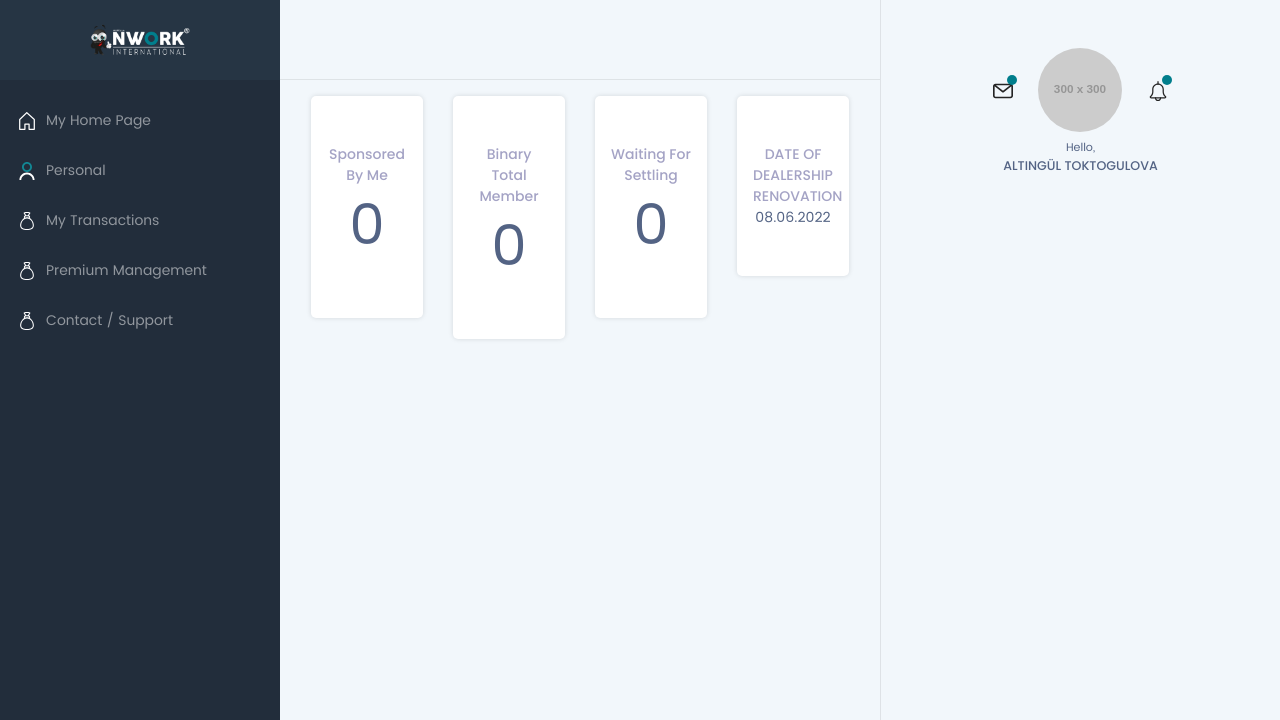
Repository: KayahanKahriman/nwork-admin
Page: index.html
The author's editor kept a copy of each file at every save. The page is drawn from the files as they stood at one save, then again after the next save.
The browser window is 1280 px wide. The pictures show the whole page.
Some web fonts or font styles are not loaded; a fallback is used. The style sheet was rebuilt from its Sass, Less or Tailwind sources for each picture, by a compiler version that may differ from the author's.

Above is the page before, as saved 2021-06-09 17:22:19.

### index.html
<!doctype html>
<html>

<head>
    <meta name="viewport" content="width=device-width, initial-scale=1, maximum-scale=1, user-scalable=no">
    <meta charset="utf-8" />
    <title>Başlık</title>
    <link rel="preconnect" href="https://fonts.gstatic.com">
    <link href="https://fonts.googleapis.com/css2?family=Poppins:wght@300;400;600;800&display=swap" rel="stylesheet">
    <link href="assets/css/style.css" type="text/css" rel="stylesheet" />
</head>

<body>
    <header class="d-flex align-items-center">
        <div id="header-left" class="text-center p-3 d-flex align-items-center justify-content-center">
            <a href="#">
                <img width="100" src="./assets/images/logo-white.png" alt="">
            </a>
        </div>
        <div id="header-right" class="p-3 d-flex align-items-center justify-content-end">

        </div>
    </header>
    <aside>
        <div id="accordion-menu">
            <div class="accordion-item mb-4">
                <div class="accordion-title">
                    <svg class="accordion-icon" viewBox="0 0 512 512">
                        <path d="M475.425,200.225L262.092,4.669c-6.951-6.359-17.641-6.204-24.397,0.35L36.213,200.574 c-3.449,3.348-5.399,7.953-5.399,12.758v280.889c0,9.819,7.958,17.778,17.778,17.778h148.148c9.819,0,17.778-7.959,17.778-17.778    v-130.37h82.963v130.37c0,9.819,7.958,17.778,17.778,17.778h148.148c9.819,0,17.778-7.953,17.778-17.778V213.333    C481.185,208.349,479.099,203.597,475.425,200.225z M445.629,476.444H333.037v-130.37c0-9.819-7.959-17.778-17.778-17.778H196.741    c-9.819,0-17.778,7.959-17.778,17.778v130.37H66.37V220.853L250.424,42.216l195.206,178.939V476.444z" style="fill: rgb(255, 255, 255);"></path>
                    </svg>
                    <a href="#">My Home Page</a>
                </div>
            </div>
            <div class="accordion-item mb-4">
                <div class="accordion-title">
                    <svg class="accordion-icon" viewBox="0 0 19.738 19.738">
                        <path fill="#ffffff" d="M18.18,19.738h-2c0-3.374-2.83-6.118-6.311-6.118s-6.31,2.745-6.31,6.118h-2   c0-4.478,3.729-8.118,8.311-8.118C14.451,11.62,18.18,15.26,18.18,19.738z"></path>
                        <path fill="#128794" d="M9.87,10.97c-3.023,0-5.484-2.462-5.484-5.485C4.385,2.461,6.846,0,9.87,0   c3.025,0,5.486,2.46,5.486,5.485S12.895,10.97,9.87,10.97z M9.87,2C7.948,2,6.385,3.563,6.385,5.485S7.948,8.97,9.87,8.97   c1.923,0,3.486-1.563,3.486-3.485S11.791,2,9.87,2z"></path>
                    </svg>
                    Personal
                </div>
                <ul class="accordion-ul list-unstyled mb-0">
                    <li><a href="#">Info Update and Acquittal Form</a></li>
                    <li><a href="#">My Current Movements</a></li>
                    <li><a href="#">My Bank Info</a></li>
                    <li><a href="#">Membership Info</a></li>
                    <li><a href="#">Change Password</a></li>
                </ul>
            </div>
            <div class="accordion-item mb-4">
                <div class="accordion-title">
                    <svg class="accordion-icon" viewBox="0 0 512 512">
                        <path d="M394.919,225.259c-17.828-21.933-38.208-39.407-60.58-51.973c3.664-4.335,6.555-9.418,8.422-15.083    c7.326-22.309-3.375-48.809-30.688-57.442l38.289-66.765c4.831-8.426,0.491-19.158-8.824-21.866C313.854,4.081,285.076,0,256,0    s-57.854,4.081-85.538,12.13c-9.326,2.711-13.649,13.45-8.824,21.866l38.289,66.766c-27.205,8.589-38.041,35.05-30.684,57.453    c1.861,5.65,4.751,10.73,8.426,15.067c-22.375,12.566-42.757,30.042-60.587,51.977C81.441,269.106,61,324.413,61,377    c0,109.091,87.047,135,195,135c108.029,0,195-25.953,195-135C451,324.413,430.559,269.106,394.919,225.259z M197.496,36.218    C216.633,32.087,236.238,30,256,30c19.762,0,39.367,2.087,58.504,6.218L281.471,93.82c-16.919-2.362-34.018-2.361-50.941,0.001    L197.496,36.218z M207.296,129.896c25.815-8.468,52.823-10.073,79.08-4.824c0.031,0.006,0.063,0.012,0.094,0.018    c6.12,1.228,12.199,2.826,18.213,4.799c7.861,2.591,12.157,11.094,9.58,18.941c-1.873,5.683-6.818,9.597-12.635,10.231    C286.672,154.378,271.417,152,256,152c-15.386,0-30.611,2.368-45.538,7.032c-5.907-0.608-10.864-4.55-12.721-10.188    C195.16,140.983,199.456,132.479,207.296,129.896z M256,482.2c-117.196,0-165-30.62-165-105.2    c0-45.142,18.453-94.793,49.36-132.818C172.955,204.083,214.023,182,256,182c46.206,0,86.621,26.482,115.64,62.182    C402.547,282.207,421,331.858,421,377C421,451.58,373.196,482.2,256,482.2z" style="fill: rgb(255, 255, 255);"></path>
                    </svg>
                    My Transactions
                </div>
                <ul class="accordion-ul list-unstyled mb-0">
                    <li><a href="#">My Cart</a></li>
                    <li><a href="#">Orders</a></li>
                    <li><a href="#">Invoices</a></li>
                    <li><a href="#">Credit Card Capture</a></li>
                    <li><a href="#">Payment Notification</a></li>
                </ul>
            </div>
            <div class="accordion-item mb-4">
                <div class="accordion-title">
                    <svg class="accordion-icon" viewBox="0 0 512 512">
                        <path d="M394.919,225.259c-17.828-21.933-38.208-39.407-60.58-51.973c3.664-4.335,6.555-9.418,8.422-15.083    c7.326-22.309-3.375-48.809-30.688-57.442l38.289-66.765c4.831-8.426,0.491-19.158-8.824-21.866C313.854,4.081,285.076,0,256,0    s-57.854,4.081-85.538,12.13c-9.326,2.711-13.649,13.45-8.824,21.866l38.289,66.766c-27.205,8.589-38.041,35.05-30.684,57.453    c1.861,5.65,4.751,10.73,8.426,15.067c-22.375,12.566-42.757,30.042-60.587,51.977C81.441,269.106,61,324.413,61,377    c0,109.091,87.047,135,195,135c108.029,0,195-25.953,195-135C451,324.413,430.559,269.106,394.919,225.259z M197.496,36.218    C216.633,32.087,236.238,30,256,30c19.762,0,39.367,2.087,58.504,6.218L281.471,93.82c-16.919-2.362-34.018-2.361-50.941,0.001    L197.496,36.218z M207.296,129.896c25.815-8.468,52.823-10.073,79.08-4.824c0.031,0.006,0.063,0.012,0.094,0.018    c6.12,1.228,12.199,2.826,18.213,4.799c7.861,2.591,12.157,11.094,9.58,18.941c-1.873,5.683-6.818,9.597-12.635,10.231    C286.672,154.378,271.417,152,256,152c-15.386,0-30.611,2.368-45.538,7.032c-5.907-0.608-10.864-4.55-12.721-10.188    C195.16,140.983,199.456,132.479,207.296,129.896z M256,482.2c-117.196,0-165-30.62-165-105.2    c0-45.142,18.453-94.793,49.36-132.818C172.955,204.083,214.023,182,256,182c46.206,0,86.621,26.482,115.64,62.182    C402.547,282.207,421,331.858,421,377C421,451.58,373.196,482.2,256,482.2z" style="fill: rgb(255, 255, 255);"></path>
                    </svg>
                    Premium Management
                </div>
                <ul class="accordion-ul list-unstyled mb-0">
                    <li><a href="#">My Orders</a></li>
                    <li><a href="#">My Premiums</a></li>
                    <li><a href="#">My Clients</a></li>
                    <li><a href="#">Binary Tree</a></li>
                    <li><a href="#">Reference Tree</a></li>
                    <li><a href="#">Binary Turnover Movements</a></li>
                    <li><a href="#">Premium Reference</a></li>
                </ul>
            </div>
            <div class="accordion-item mb-4">
                <div class="accordion-title">
                    <svg class="accordion-icon" viewBox="0 0 512 512">
                        <path d="M394.919,225.259c-17.828-21.933-38.208-39.407-60.58-51.973c3.664-4.335,6.555-9.418,8.422-15.083    c7.326-22.309-3.375-48.809-30.688-57.442l38.289-66.765c4.831-8.426,0.491-19.158-8.824-21.866C313.854,4.081,285.076,0,256,0    s-57.854,4.081-85.538,12.13c-9.326,2.711-13.649,13.45-8.824,21.866l38.289,66.766c-27.205,8.589-38.041,35.05-30.684,57.453    c1.861,5.65,4.751,10.73,8.426,15.067c-22.375,12.566-42.757,30.042-60.587,51.977C81.441,269.106,61,324.413,61,377    c0,109.091,87.047,135,195,135c108.029,0,195-25.953,195-135C451,324.413,430.559,269.106,394.919,225.259z M197.496,36.218    C216.633,32.087,236.238,30,256,30c19.762,0,39.367,2.087,58.504,6.218L281.471,93.82c-16.919-2.362-34.018-2.361-50.941,0.001    L197.496,36.218z M207.296,129.896c25.815-8.468,52.823-10.073,79.08-4.824c0.031,0.006,0.063,0.012,0.094,0.018    c6.12,1.228,12.199,2.826,18.213,4.799c7.861,2.591,12.157,11.094,9.58,18.941c-1.873,5.683-6.818,9.597-12.635,10.231    C286.672,154.378,271.417,152,256,152c-15.386,0-30.611,2.368-45.538,7.032c-5.907-0.608-10.864-4.55-12.721-10.188    C195.16,140.983,199.456,132.479,207.296,129.896z M256,482.2c-117.196,0-165-30.62-165-105.2    c0-45.142,18.453-94.793,49.36-132.818C172.955,204.083,214.023,182,256,182c46.206,0,86.621,26.482,115.64,62.182    C402.547,282.207,421,331.858,421,377C421,451.58,373.196,482.2,256,482.2z" style="fill: rgb(255, 255, 255);"></path>
                    </svg>
                    Contact / Support
                </div>
                <ul class="accordion-ul list-unstyled mb-0">
                    <li><a href="#">Documents</a></li>
                </ul>
            </div>
        </div>
    </aside>
    <main class="p-3">
        <div class="container-fluid">
            <div class="row">
                <div class="col-3">
                    <div class="white-box shadow-box py-5 px-3 text-center">
                        <strong class="box-title">Sponsored By Me</strong>
                        <div class="jumbo-text">0</div>
                    </div>
                </div>
                <div class="col-3">
                    <div class="white-box shadow-box py-5 px-3 text-center">
                        <strong class="box-title">binary total member</strong>
                        <div class="jumbo-text">0</div>
                    </div>
                </div>
                <div class="col-3">
                    <div class="white-box shadow-box py-5 px-3 text-center">
                        <strong class="box-title">Waiting for settling</strong>
                        <div class="jumbo-text">0</div>
                    </div>
                </div>
                <div class="col-3">
                    <div class="white-box shadow-box py-5 px-3 text-center">
                        <strong class="box-title">DATE OF DEALERSHIP RENOVATION</strong>
                        <div class="normal-text">08.06.2022</div>
                    </div>
                </div>
            </div>
        </div>
    </main>
    <section id="user-aside" class="text-center py-5">

        <div class="d-flex align-items-center justify-content-around w-50 m-auto">
            <div id="notification" class="has-notification">
                <a href="#">
                    <svg fill="#242424" width="20" height="20" viewBox="0 0 184 184">
                        <path d="M160.746,24.61H23.254C10.432,24.61,0,35.042,0,47.864v88.271c0,12.822,10.432,23.254,23.254,23.254   h137.492c12.822,0,23.254-10.432,23.254-23.254V47.864C184,35.042,173.568,24.61,160.746,24.61z M157.113,39.61L92,89.909   L26.887,39.61H157.113z M160.746,144.39H23.254c-4.551,0-8.254-3.703-8.254-8.254V49.382l72.415,55.94   c1.35,1.043,2.968,1.564,4.585,1.564s3.235-0.521,4.585-1.564L169,49.382v86.753C169,140.687,165.297,144.39,160.746,144.39z"></path>
                    </svg>
                    <i></i>
                </a>
            </div>

            <div id="user-image">
                <img class="img-cover" src="//via.placeholder.com/300x300" alt="">
            </div>

            <div id="notification" class="has-notification">
                <a href="#">
                    <svg fill="#242424" width="20" height="20" viewBox="-43 0 512 512">
                        <path d="m213.332031 512c-44.117187 0-80-35.882812-80-80 0-8.832031 7.167969-16 16-16s16 7.167969 16 16c0 26.476562 21.527344 48 48 48 26.476563 0 48-21.523438 48-48 0-8.832031 7.167969-16 16-16s16 7.167969 16 16c0 44.117188-35.882812 80-80 80zm0 0"></path>
                        <path d="m389.332031 448h-352c-20.585937 0-37.332031-16.746094-37.332031-37.332031 0-10.925781 4.757812-21.269531 13.054688-28.375 32.449218-27.414063 50.945312-67.261719 50.945312-109.480469v-59.480469c0-82.34375 66.988281-149.332031 149.332031-149.332031 82.347657 0 149.335938 66.988281 149.335938 149.332031v59.480469c0 42.21875 18.496093 82.066406 50.730469 109.332031 8.511718 7.253907 13.269531 17.597657 13.269531 28.523438 0 20.585937-16.746094 37.332031-37.335938 37.332031zm-176-352c-64.703125 0-117.332031 52.628906-117.332031 117.332031v59.480469c0 51.644531-22.632812 100.414062-62.078125 133.757812-.75.640626-1.921875 1.964844-1.921875 4.097657 0 2.898437 2.433594 5.332031 5.332031 5.332031h352c2.902344 0 5.335938-2.433594 5.335938-5.332031 0-2.132813-1.175781-3.457031-1.878907-4.054688-39.488281-33.386719-62.121093-82.15625-62.121093-133.800781v-59.480469c0-64.703125-52.628907-117.332031-117.335938-117.332031zm0 0"></path>
                        <path d="m213.332031 96c-8.832031 0-16-7.167969-16-16v-64c0-8.832031 7.167969-16 16-16s16 7.167969 16 16v64c0 8.832031-7.167969 16-16 16zm0 0"></path>
                    </svg>
                    <i></i>
                </a>
            </div>
        </div>

        <div id="user" class="mt-2">
            <span>Hello,</span>
            <p class="mb-0">altıngül toktogulova</p>
        </div>

    </section>
    <script type="text/javascript" src="assets/js/index.js"></script>
    <script type="text/javascript" src="assets/js/accordion.js"></script>
</body>

</html>

### assets/scss/style.scss
@import "main";

main {
  margin-left: var(--aside-width);
  width: var(--main-width);
}

.white-box {
  background: white;
  border-radius: 5px;
  position: relative;
  height: 1005;
}

.shadow-box {
  box-shadow: 0 0 5px #00000020;
}

.box-title {
  color: var(--box-title-color);
  text-transform: capitalize;
}

.jumbo-text {
  font-size: 4em;
}

/*------------------------------------*\
    RESPONSIVE
\*------------------------------------*/

@media only screen and (min-width: 320px) {
}

@media only screen and (min-width: 480px) {
}

@media only screen and (min-width: 768px) {
}

@media only screen and (min-width: 1024px) {
}

@media only screen and (min-width: 1140px) {
}

@media only screen and (min-width: 1280px) {
}

@media only screen and (-webkit-min-device-pixel-ratio: 1.5),
  only screen and (min-resolution: 144dpi) {
}

### assets/scss/flex-grid/_flexgrid.scss
@import "functions";
@import "variables";
@import "mixins";
@import "reboot";
@import "utilities";
@import "grid";

### assets/scss/flex-grid/_mixins.scss
// Toggles
//
// Used in conjunction with global variables to enable certain theme features.

// Vendor
@import "vendor/rfs";


// Utilities
@import "mixins/breakpoints";
@import "mixins/image";
@import "mixins/hover";
@import "mixins/deprecate";
@import "mixins/text-hide";
@import "mixins/text-truncate";
@import "mixins/text-emphasis";
@import "mixins/size";


// // Layout
@import "mixins/clearfix";
@import "mixins/grid-framework";
@import "mixins/grid";
@import "mixins/float";

### assets/scss/flex-grid/mixins/_image.scss
// Image Mixins
// - Responsive image
// - Retina image


// Responsive image
//
// Keep images from scaling beyond the width of their parents.

@mixin img-fluid {
  // Part 1: Set a maximum relative to the parent
  max-width: 100%;
  // Part 2: Override the height to auto, otherwise images will be stretched
  // when setting a width and height attribute on the img element.
  height: auto;
}


// Retina image
//
// Short retina mixin for setting background-image and -size.

@mixin img-retina($file-1x, $file-2x, $width-1x, $height-1x) {
  background-image: url($file-1x);

  // Autoprefixer takes care of adding -webkit-min-device-pixel-ratio and -o-min-device-pixel-ratio,
  // but doesn't convert dppx=>dpi.
  // There's no such thing as unprefixed min-device-pixel-ratio since it's nonstandard.
  // Compatibility info: https://caniuse.com/#feat=css-media-resolution
  @media only screen and (min-resolution: 192dpi), // IE9-11 don't support dppx
    only screen and (min-resolution: 2dppx) { // Standardized
    background-image: url($file-2x);
    background-size: $width-1x $height-1x;
  }
  @include deprecate("`img-retina()`", "v4.3.0", "v5");
}

### assets/scss/flex-grid/mixins/_hover.scss
// Hover mixin and `$enable-hover-media-query` are deprecated.
//
// Originally added during our alphas and maintained during betas, this mixin was
// designed to prevent `:hover` stickiness on iOS-an issue where hover styles
// would persist after initial touch.
//
// For backward compatibility, we've kept these mixins and updated them to
// always return their regular pseudo-classes instead of a shimmed media query.
//
// Issue: https://github.com/twbs/bootstrap/issues/25195

@mixin hover {
  &:hover { @content; }
}

@mixin hover-focus {
  &:hover,
  &:focus {
    @content;
  }
}

@mixin plain-hover-focus {
  &,
  &:hover,
  &:focus {
    @content;
  }
}

@mixin hover-focus-active {
  &:hover,
  &:focus,
  &:active {
    @content;
  }
}

### assets/scss/flex-grid/mixins/_grid.scss
/// Grid system
//
// Generate semantic grid columns with these mixins.

@mixin make-container($gutter: $grid-gutter-width) {
  width: 100%;
  padding-right: $gutter / 2;
  padding-left: $gutter / 2;
  margin-right: auto;
  margin-left: auto;
}


// For each breakpoint, define the maximum width of the container in a media query
@mixin make-container-max-widths($max-widths: $container-max-widths, $breakpoints: $grid-breakpoints) {
  @each $breakpoint, $container-max-width in $max-widths {
    @include media-breakpoint-up($breakpoint, $breakpoints) {
      max-width: $container-max-width;
    }
  }
}

@mixin make-row($gutter: $grid-gutter-width) {
  display: flex;
  flex-wrap: wrap;
  margin-right: -$gutter / 2;
  margin-left: -$gutter / 2;
}

@mixin make-col-ready($gutter: $grid-gutter-width) {
  position: relative;
  // Prevent columns from becoming too narrow when at smaller grid tiers by
  // always setting `width: 100%;`. This works because we use `flex` values
  // later on to override this initial width.
  width: 100%;
  padding-right: $gutter / 2;
  padding-left: $gutter / 2;
}

@mixin make-col($size, $columns: $grid-columns) {
  flex: 0 0 percentage($size / $columns);
  // Add a `max-width` to ensure content within each column does not blow out
  // the width of the column. Applies to IE10+ and Firefox. Chrome and Safari
  // do not appear to require this.
  max-width: percentage($size / $columns);
}

@mixin make-col-offset($size, $columns: $grid-columns) {
  $num: $size / $columns;
  margin-left: if($num == 0, 0, percentage($num));
}

### assets/scss/flex-grid/_utilities.scss
@import "utilities/align";
@import "utilities/clearfix";
@import "utilities/display";
@import "utilities/flex";
@import "utilities/float";
@import "utilities/position";
@import "utilities/text";
@import "utilities/spacing";
@import "utilities/sizing";

### assets/scss/flex-grid/_grid.scss
// Container widths
//
// Set the container width, and override it for fixed navbars in media queries.

@if $enable-grid-classes {
  .container {
    @include make-container();
    @include make-container-max-widths();
  }
}

// Fluid container
//
// Utilizes the mixin meant for fixed width containers, but with 100% width for
// fluid, full width layouts.

@if $enable-grid-classes {
  .container-fluid {
    @include make-container();
  }
}

// Row
//
// Rows contain and clear the floats of your columns.

@if $enable-grid-classes {
  .row {
    @include make-row();
  }

  // Remove the negative margin from default .row, then the horizontal padding
  // from all immediate children columns (to prevent runaway style inheritance).
  .no-gutters {
    margin-right: 0;
    margin-left: 0;

    > .col,
    > [class*="col-"] {
      padding-right: 0;
      padding-left: 0;
    }
  }
}

// Columns
//
// Common styles for small and large grid columns

@if $enable-grid-classes {
  @include make-grid-columns();
}

### assets/scss/_vars.scss
$primary-color: #079ca5;
$text-color: #0d0a46;
$link-color: #0d0a46;
$bg: #f7f8fc;
$poppins-light: "Poppins-Light";
$poppins-regular: "Poppins-Regular";
$poppins-medium: "Poppins-Medium";
$poppins-bold: "Poppins-Bold";
$default-font: $poppins-regular;

### assets/scss/_colors.scss
:root {
  --primary-color: #017e8c;
  --dark-blue: #222d3b;
  --border-color: #00000015;
  --light-gray: #f9f9f9;
  --light-blue: #b4c0cd;
  --logo-bg: #263544;
  --bg-color: #f2f7fb;
  --darker-bg-color: #e7edf1;
  --text-color: #536384;
  --link-color: #536384;
  --box-title-color: #a4a3c5;
}

### assets/scss/_img.scss
@mixin img($size, $alignment) {
  width: 100%;
  height: 100%;
  object-fit: $size;
  object-position: $alignment;
}

.img-cover {
  @include img(cover, center center);
}

.img-contain {
  @include img(contain, center center);
}

### assets/scss/_sizes.scss
:root {
  --header-height: 80px;
  --aside-width: 280px;
  --user-aside-width: 400px;
  --main-width: calc((100% - var(--aside-width)) - var(--user-aside-width));
}

### assets/scss/_header.scss
header {
  height: var(--header-height);
  #header-left {
    width: var(--aside-width);
    background: var(--logo-bg);
    height: 100%;
  }
  #header-right {
    width: var(--main-width);
    border-bottom: 1px solid var(--border-color);
    height: 100%;
  }
}

### assets/scss/_aside.scss
aside {
  width: var(--aside-width);
  height: 100vh;
  background: var(--dark-blue);
  position: fixed;
}

### assets/scss/_user-aside.scss
#user-aside {
  width: var(--user-aside-width);
  position: fixed;
  top: 0;
  right: 0;
  height: 100vw;
  border-left: 1px solid var(--border-color);
}

#user-image {
  border-radius: 50%;
  width: 6em;
  height: 6em;
  overflow: hidden;
}

#user {
  span {
    font-style: normal;
    display: block;
    font-size: 0.8em;
  }
  p {
    font-size: 0.9em;
    font-family: $poppins-medium;
    text-transform: uppercase;
  }
}
.has-notification {
  position: relative;
  i {
    background: var(--primary-color);
    width: 10px;
    height: 10px;
    border-radius: 50%;
    position: absolute;
    top: -4px;
    right: -4px;
  }
}

### assets/scss/_accordion-menu.scss
#accordion-menu {
  padding: 30px 0;
}

.accordion-item {
  padding: 0 15px;
  border-left: 3px solid transparent;
  transition: all 0.3s ease-in-out;
  max-height: 30px;
  overflow: hidden;
}

.accordion-active-item {
  border-color: var(--primary-color);
  transition: all 0.3s ease-in-out;
  max-height: 1000px;
}

.accordion-icon {
  width: 18px;
  height: 18px;
}

.accordion-title {
  display: flex;
  align-items: center;
  column-gap: 10px;
  margin-bottom: 5px;
  cursor: pointer;
  color: #ffffff80;
  transition: all 0.2s ease-in-out;

  &:hover {
    color: #ffffff;
    a {
      color: #ffffff;
    }
  }

  a {
    color: #ffffff80;
    transition: all 0.2s ease-in-out;
  }

  &.accordion-active {
    color: white;
  }
}

.accordion-ul {
  overflow: hidden;
  padding-left: 25px;
  transition: all 0.3s ease-in-out;
  max-height: 0;
  transform: scaleY(0);
  transform-origin: top left;
  li {
    a {
      background-image: url("data:[embedded picture, 478 characters]");
      background-repeat: no-repeat;
      background-size: 10px 10px;
      background-position: 0 11px;
      display: block;
      padding: 8px 0 8px 15px;
      font-size: 0.9em;
      color: #ffffff80;
      transition: all 0.2s ease-in-out;

      &:hover {
        color: white;
      }
    }
  }
}

.accordion-toggle {
  max-height: 100%;
  transition: all 0.3s ease-in-out;
  transform: scaleY(1);
}

Loaded but not shown: assets/scss/flex-grid/vendor/_rfs.scss (common file); assets/scss/flex-grid/mixins/_deprecate.scss (common file); assets/scss/flex-grid/mixins/_text-hide.scss (common file); assets/scss/flex-grid/mixins/_text-truncate.scss (common file); assets/scss/flex-grid/mixins/_text-emphasis.scss (common file); assets/scss/flex-grid/mixins/_size.scss (common file); assets/scss/flex-grid/mixins/_clearfix.scss (common file); assets/scss/flex-grid/mixins/_float.scss (common file); assets/scss/flex-grid/utilities/_align.scss (common file); assets/scss/flex-grid/utilities/_clearfix.scss (common file); assets/scss/flex-grid/utilities/_display.scss (common file); assets/scss/flex-grid/utilities/_float.scss (common file); assets/scss/flex-grid/utilities/_position.scss (common file); assets/scss/flex-grid/utilities/_sizing.scss (common file); assets/js/accordion.js (20 lines, source omitted); assets/scss/flex-grid/_variables.scss (1123 lines, source omitted); assets/scss/flex-grid/_reboot.scss (483 lines, source omitted); assets/scss/flex-grid/mixins/_breakpoints.scss (123 lines, source omitted); assets/scss/flex-grid/utilities/_flex.scss (51 lines, source omitted); assets/scss/flex-grid/_functions.scss (86 lines, source omitted); assets/scss/flex-grid/utilities/_spacing.scss (73 lines, source omitted); assets/scss/flex-grid/utilities/_text.scss (72 lines, source omitted); assets/scss/_main.scss (113 lines, source omitted); assets/scss/flex-grid/mixins/_grid-framework.scss (66 lines, source omitted); assets/js/index.js (no copy from this time; the picture is the same without it)

After the next save:
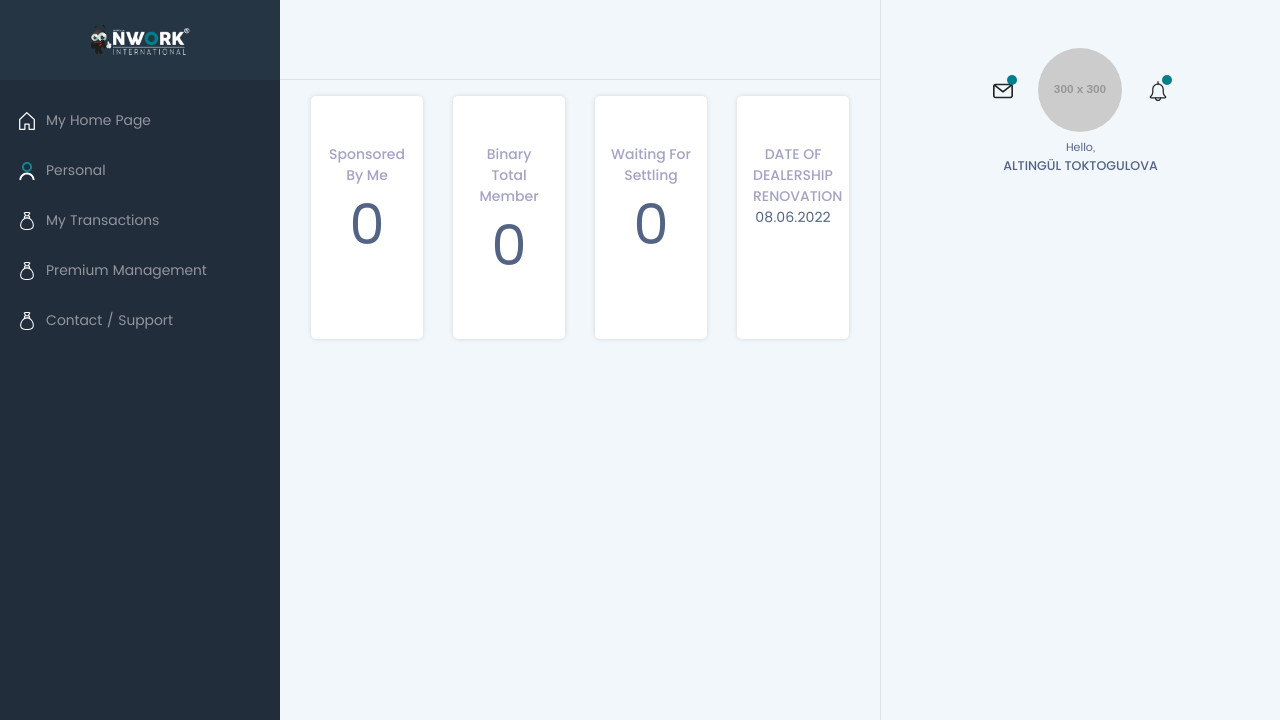
Saved 4 s later.
--- a/assets/scss/style.scss
+++ b/assets/scss/style.scss
@@ -9,7 +9,7 @@
   background: white;
   border-radius: 5px;
   position: relative;
-  height: 1005;
+  height: 100%;
 }
 
 .shadow-box {
